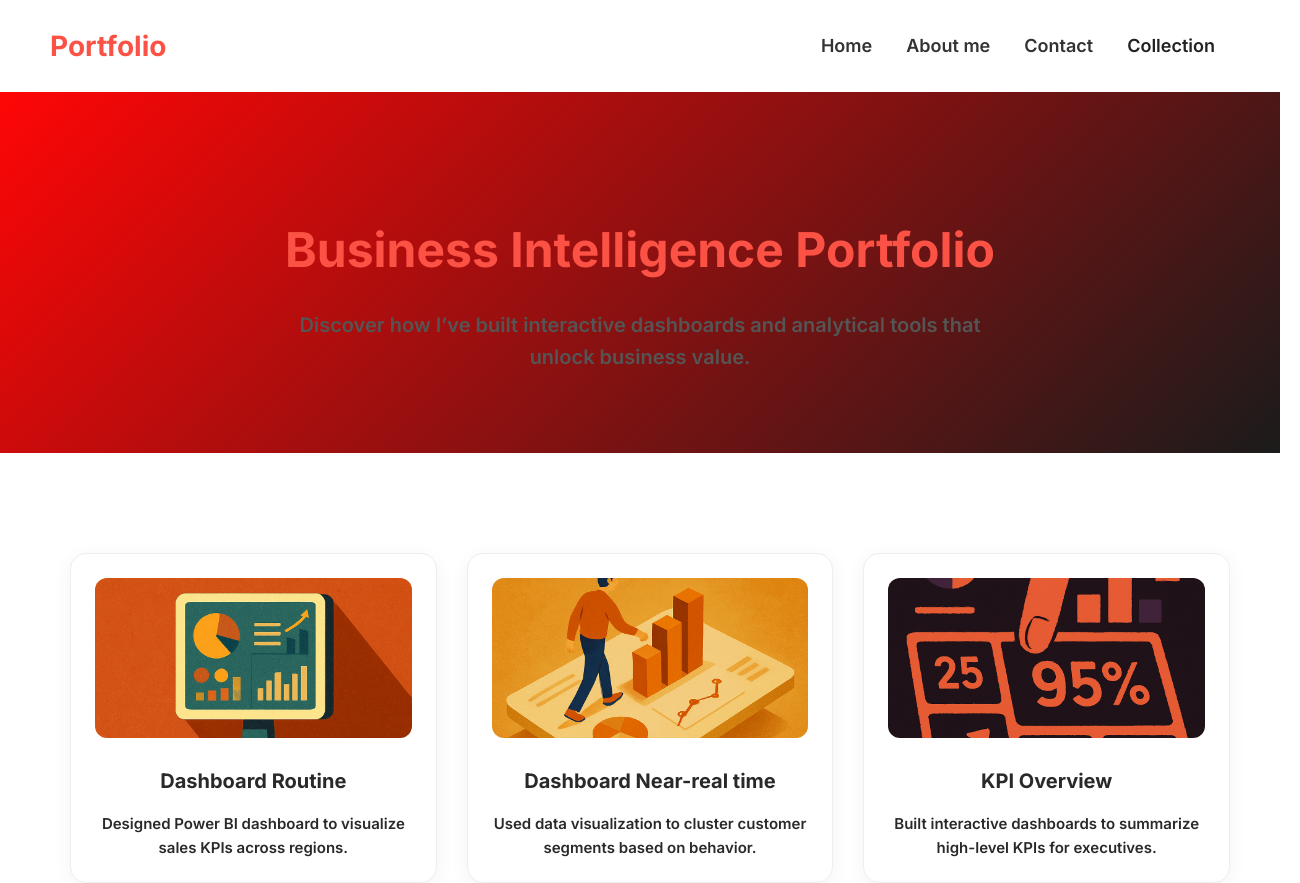
Repository: Wipas1919/Archive-portfolio
Page: projects/bi-solutions.html
An editor plug-in stored every save of this project. The page is shown before and after the next save, followed by the edit.
The browser window is 1280 px wide. The page is 1300 px wide, so the pictures cover 1300 px, including what lies to the right of the window. The pictures show the whole page.

Above is the page before, as saved 2025-06-01 20:58:43.

After the next save:
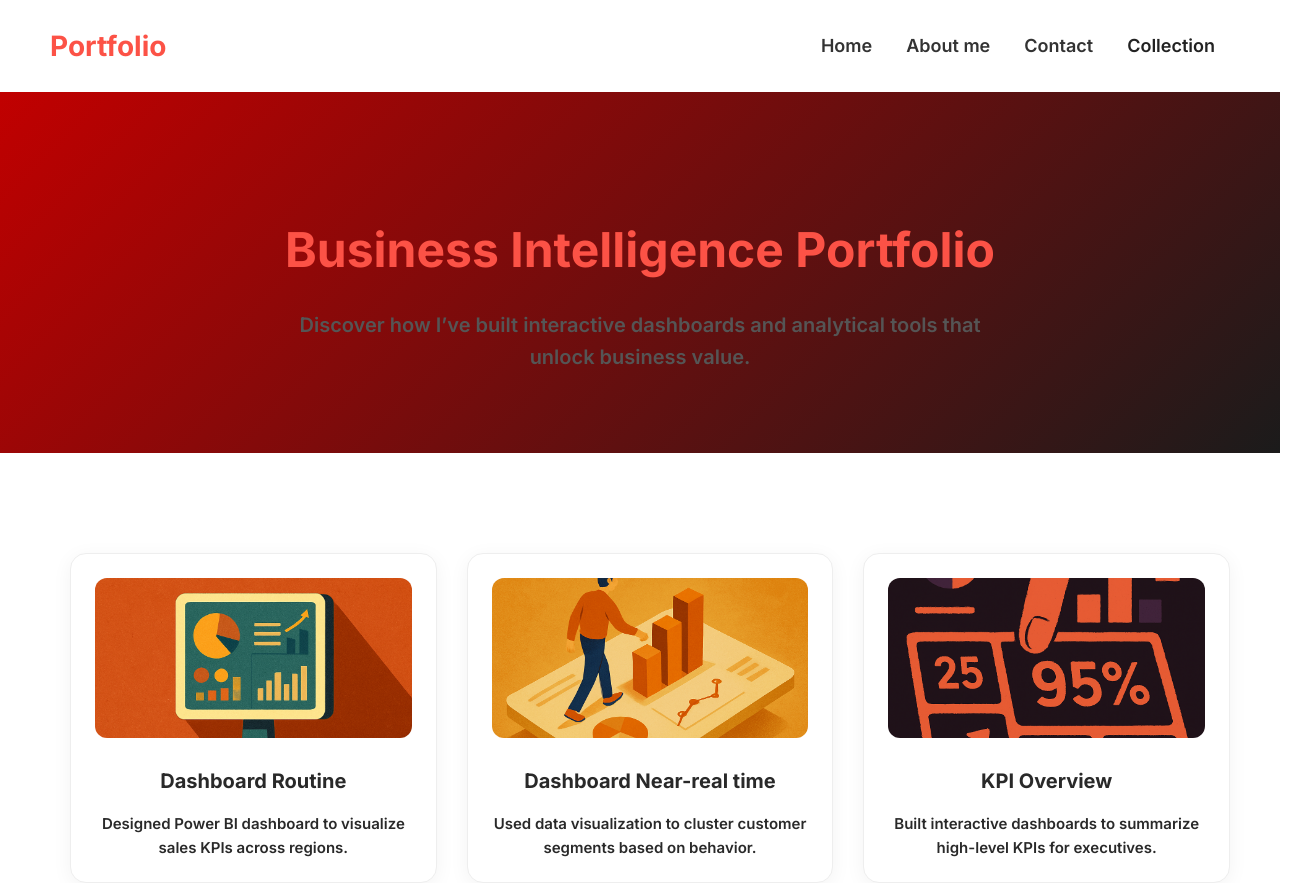
Saved 15 s later.
--- a/projects/bi-solutions.html
+++ b/projects/bi-solutions.html
@@ -12,7 +12,7 @@
       font-family: 'Inter', sans-serif;
     }
     .cover {
-      background: linear-gradient(135deg, #ff0606, #1b1b1b);
+      background: linear-gradient(135deg, #c10000, #1b1b1b);
       padding: 80px 20px;
       text-align: center;
     }
